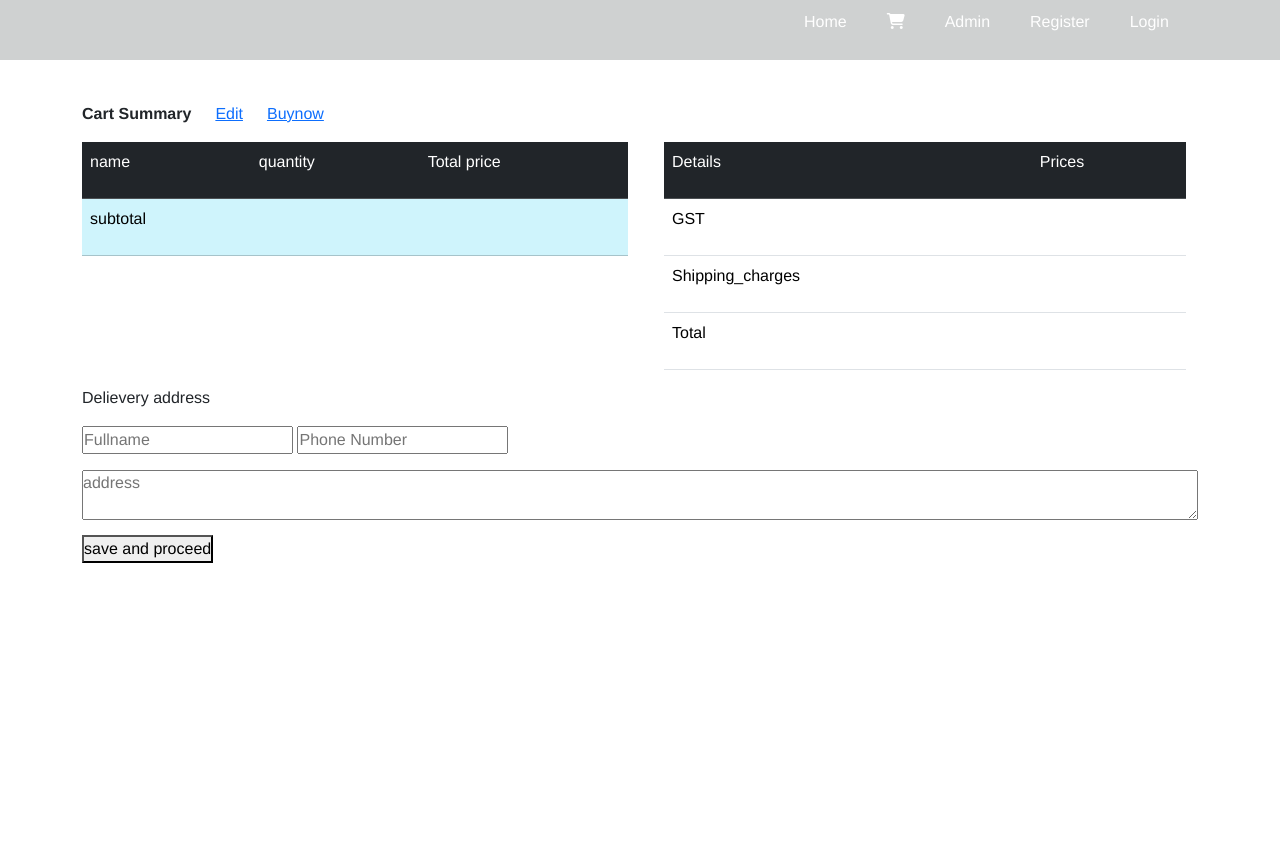
Repository: nagarjunau-dev/Brand
Page: project/login/templates/checkout.html
These files come from the project's save history. The page is drawn as it stood at one moment and after a run of saves; the edit follows.
The browser window is 1280 px wide. The pictures show the whole page.
The template is drawn by Django 5.2. The application's start-up code is not run. The template is opened directly, without the code that normally fills it, so the values that code supplies are empty.

Above is the page before, as saved 2025-06-17 16:35:31.
Console error: TypeError: Cannot set properties of null (setting 'onclick')

After the next 12 saves:
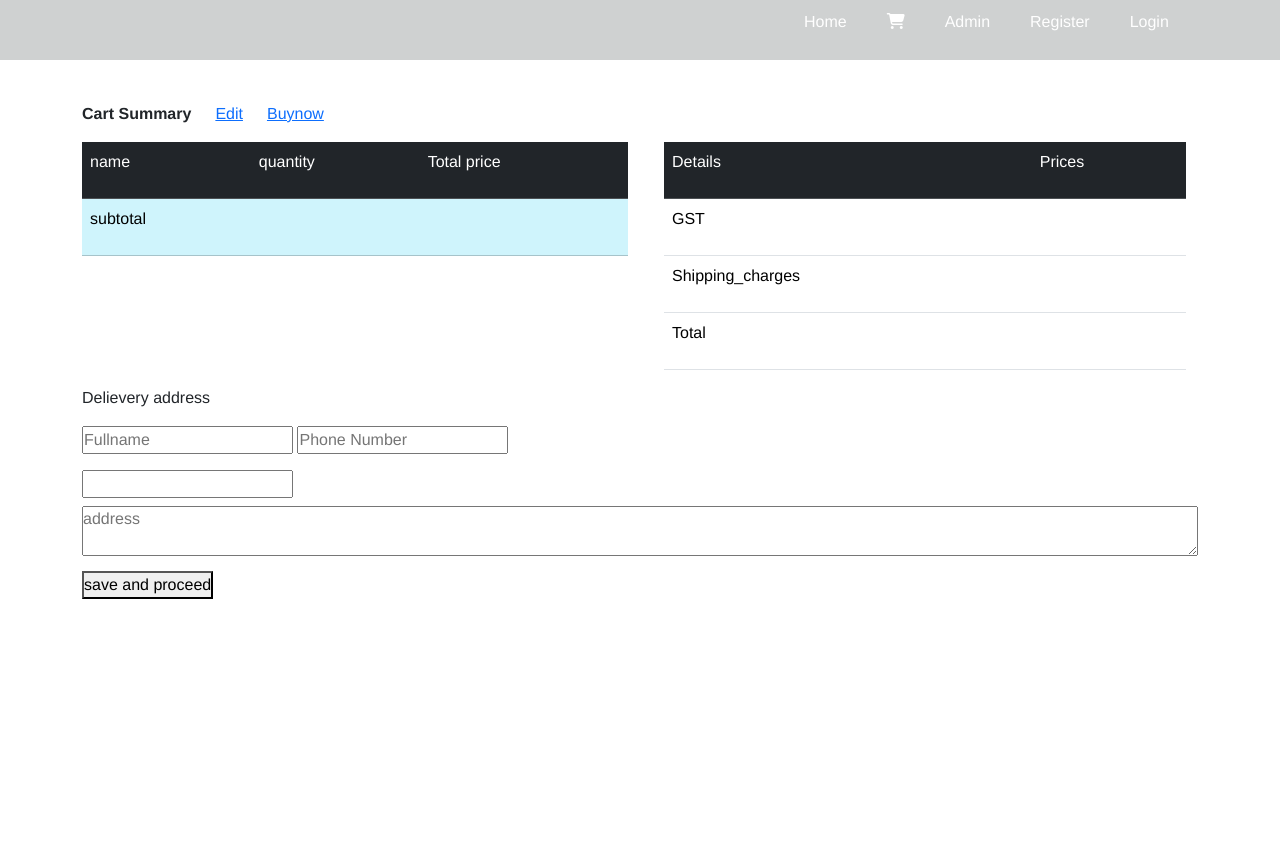
The 12 saves are shown as one change because they came seconds apart.
The last was saved 57 s later.
--- a/project/login/templates/checkout.html
+++ b/project/login/templates/checkout.html
@@ -65,7 +65,9 @@
                     <input  class="mb-2" type="text" placeholder="Fullname" name="fullname">
                     <input type="tel" pattern="[6-9] {1} [0-9] {9}"placeholder="Phone Number" name="number">
                 </div>
-
+                <div class="mb-2">
+                    <input type="number">
+                </div>
                 <div class="mb-2" style="width:100%">
                     <textarea style="width:100%" name="address" placeholder="address"></textarea>
                 </div>
